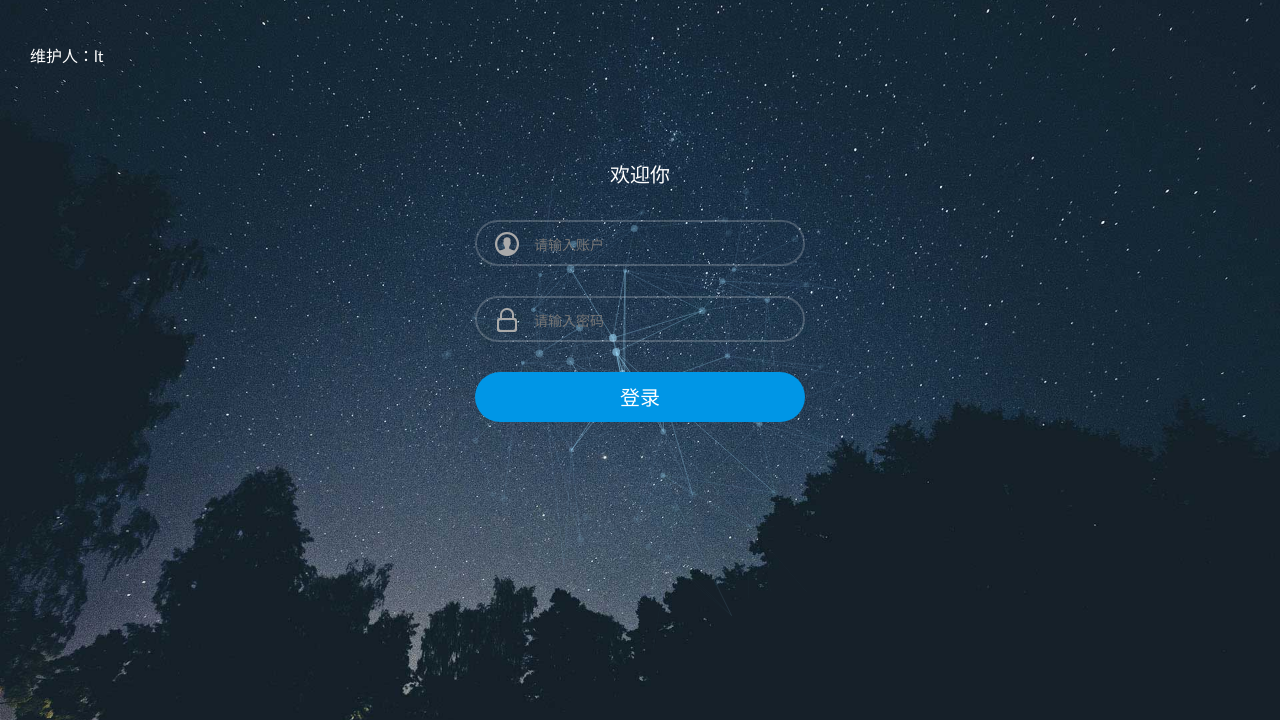
Repository: LTai123456/orl
Page: auth/src/main/resources/static/index.html
These files come from the project's save history. The page is drawn as it stood at one moment and after the next save; the edit follows.
The browser window is 1280 px wide. The pictures show the whole page.
Pictures or frames that could not be fetched are drawn as grey boxes.

Above is the page before, as saved 2019-12-26 04:54:41.

### auth/src/main/resources/static/index.html
<!DOCTYPE html>
<html lang="en" class="no-js">
<head>
<meta charset="UTF-8" />
<meta http-equiv="X-UA-Compatible" content="IE=edge">
<meta name="viewport" content="width=device-width, initial-scale=1">
<title>login</title>
<link rel="stylesheet" type="text/css" href="css/normalize.css" />
<link rel="stylesheet" type="text/css" href="css/demo.css" />
<!--必要样式-->
<link rel="stylesheet" type="text/css" href="css/component.css" />
<!--[if IE]>
<script src="js/html5.js"></script>
<![endif]-->
</head>
<body>
	<div class="container demo-1">
		<div class="content">
			<div id="large-header" class="large-header">
				<canvas id="demo-canvas"></canvas>
				<div class="logo_box">
					<h3>欢迎你</h3>
					<form id="login" action="/login/form" name="f" method="post">
						<div class="input_outer">
							<span class="u_user"></span> <input name="username" class="text"
								style="color: #FFFFFF !important" type="text"
								placeholder="请输入账户">
						</div>
						<div class="input_outer">
							<span class="us_uer"></span> <input name="password" class="text"
								style="color: #FFFFFF !important; position: absolute; z-index: 100;"
								value="" type="password" placeholder="请输入密码">
						</div>
						<div class="mb2">
						    <a class="act-but submit" onclick="document:login.submit()"
						        style="color: #FFFFFF">登录</a>
						</div>
					</form>
				</div>
			</div>
		</div>
	</div>
	<!-- /container -->

	<script src="js/TweenLite.min.js"></script>
	<script src="js/EasePack.min.js"></script>
	<script src="js/rAF.js"></script>
	<script src="js/demo-1.js"></script>
	<div style="text-align: center;">
		<p class="creater">
			维护人：<a href="https://github.com/LTai123456/orl" target="_blank">lt</a>
		</p>
	</div>
	<div>
	    <span class="zhuce_icon"></span>
	</div>
</body>
</html>

### auth/src/main/resources/static/css/component.css
/* Header */
.large-header {
	position: relative;
	width: 100%;
	background: #333;
	overflow: hidden;
	background-size: cover;
	background-position: center center;
	z-index: 1;
}

.demo-1 .large-header {
	background-image: url('../img/demo-1-bg.jpg');
}
.logo_box{
	width: 400px;
	height: 500px;
	padding: 35px;
	color: #EEE;
	position: absolute;
	left: 50%;
	top:50%;
	margin-left: -200px;
	margin-top: -250px;
}
.logo_box h3{
	text-align: center;
	height: 20px;
	font: 20px "microsoft yahei",Helvetica,Tahoma,Arial,"Microsoft jhengHei",sans-serif;
	color: #FFFFFF;
	height: 20px;
	line-height: 20px;
	padding:0 0 35px 0;
}
.forms{
	width: 280px;
	height: 485px;
}
.logon_inof{
	width: 100%;
	min-height: 450px;
	padding-top: 35px;
	position: relative;
}
.input_outer{
	height: 46px;
	padding: 0 5px;
	margin-bottom: 30px;
	border-radius: 50px;
	position: relative;
	border: rgba(255,255,255,0.2) 2px solid !important;
}
.u_user{
	width: 25px;
	height: 25px;
	background: url(../img/login_ico.png);
	background-position:  -125px 0;
	position: absolute;
	margin: 10px 13px;
}

.us_uer{
	width: 25px;
	height: 25px;
	background-image: url(../img/login_ico.png);
	background-position: -125px -34px;
	position: absolute;
	margin: 10px 13px;
}
.l-login{
	position: absolute;
	z-index: 1;
	left: 50px;
	top: 0;
	height: 46px;
	font: 14px "microsoft yahei",Helvetica,Tahoma,Arial,"Microsoft jhengHei";
	line-height: 46px;
}
.text{
	width: 220px;
	height: 46px;
	outline: none;
	display: inline-block;
	font: 14px "microsoft yahei",Helvetica,Tahoma,Arial,"Microsoft jhengHei";
	margin-left: 50px;
	border: none;
	background: none;
	line-height: 46px;
}
/*///*/
.mb2{
	margin-bottom: 20px
}
.mb2 a{
	text-decoration: none;
	outline: none;
}
.submit {
	padding: 15px;
	margin-top: 20px;
	display: block;
}
.act-but{
	line-height: 20px;
	text-align: center;
	font-size: 20px;
	border-radius: 50px;
	background: #0096e6;
}
.creater{
	position:fixed;
	top: 30px;
	left: 30px;
	color: #fff;
	z-index:999;
}

.creater a{
	color: #fff;
}
.zhuce{
	position:fixed;
	top: 10px;
	right: 10px;
	color: #fff;
	z-index:999;
}
.zhuce zhuce_icon{
	width: 25px;
	height: 25px;
	background-image: url(../img/zhuce.png);
	position: absolute;
	margin: 10px 13px;
}

Loaded but not shown: auth/src/main/resources/static/css/normalize.css (common file); auth/src/main/resources/static/css/demo.css (common file); auth/src/main/resources/static/js/TweenLite.min.js (library); auth/src/main/resources/static/js/EasePack.min.js (library); auth/src/main/resources/static/js/rAF.js (common file); auth/src/main/resources/static/js/demo-1.js (common file)

After the next save:
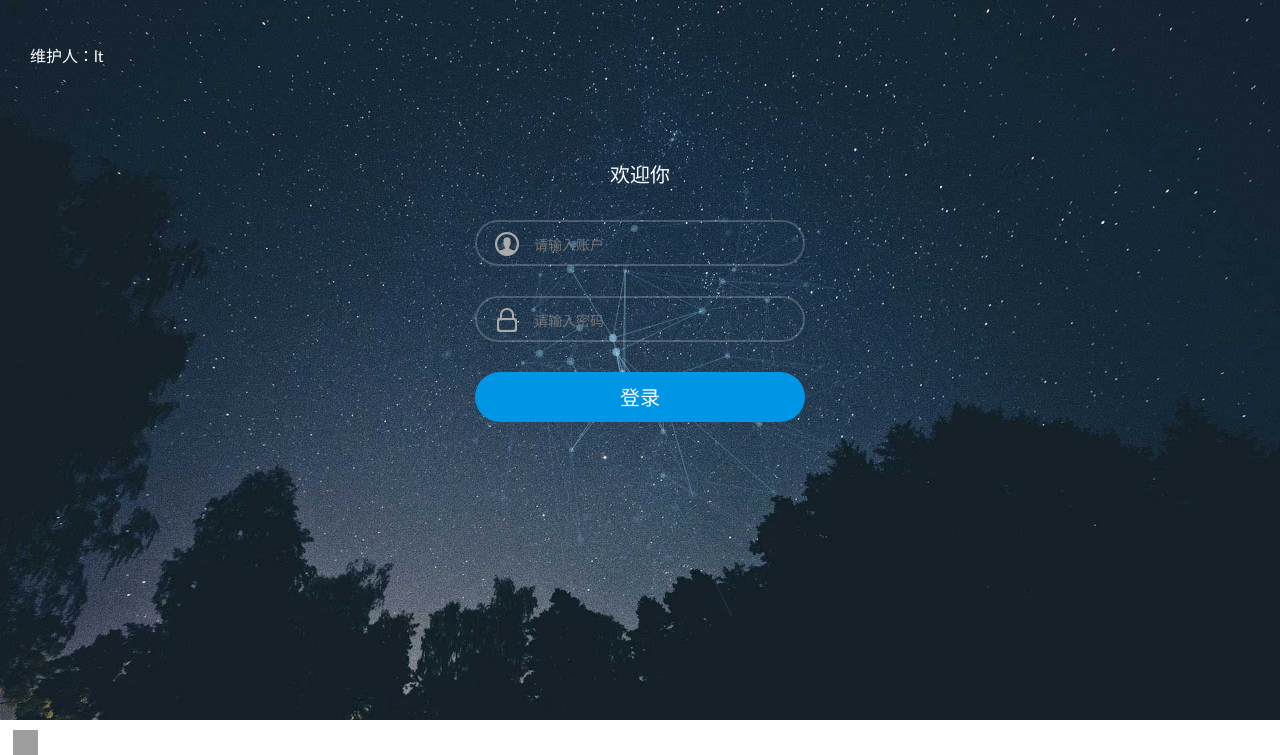
Saved 29 s later.
--- a/auth/src/main/resources/static/css/component.css
+++ b/auth/src/main/resources/static/css/component.css
@@ -125,7 +125,7 @@
 	color: #fff;
 	z-index:999;
 }
-.zhuce zhuce_icon{
+.zhuce_icon{
 	width: 25px;
 	height: 25px;
 	background-image: url(../img/zhuce.png);
